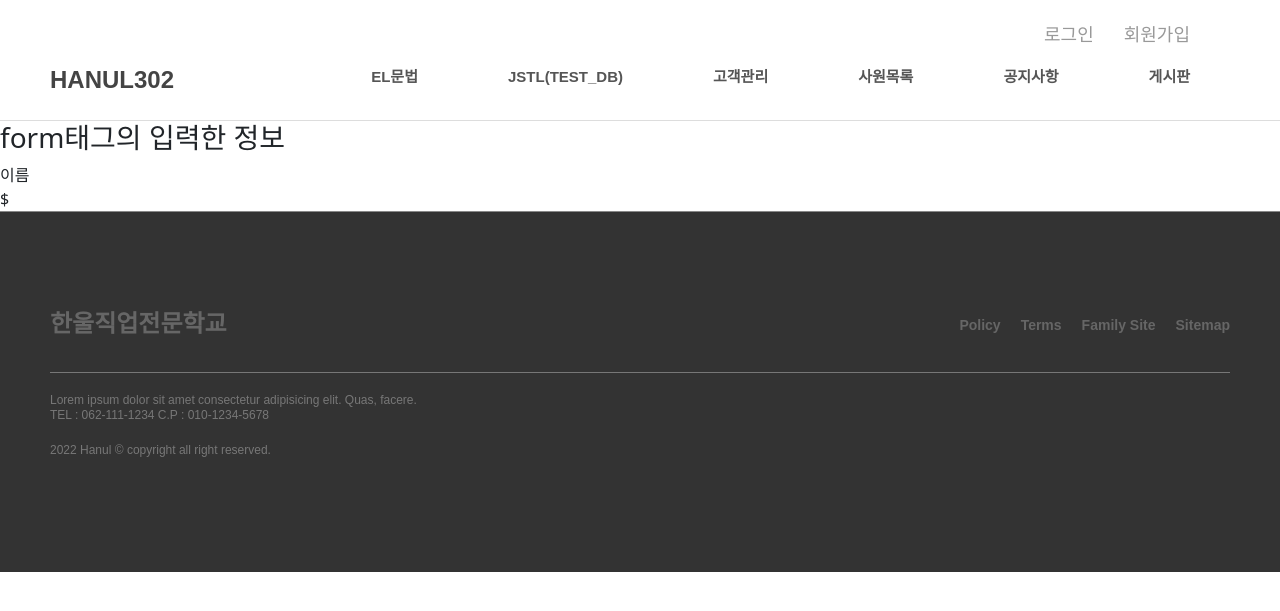
Repository: Xeyeong/servlet
Page: http://localhost/05.MiniProject/el/form_info.jsp
The author's editor kept a copy of each file at every save. The page is drawn from the files as they stood at one save, then again after the next save.
The browser window is 1280 px wide. The pictures show the whole page.
Some web libraries are served in a nearby version. The page is served by Tomcat 9. Other server files are loaded and not shown.

Above is the page before, as saved 2022-09-20 01:34:49.

### 05.MiniProject/src/main/webapp/el/form_info.jsp
<%@ page language="java" contentType="text/html; charset=UTF-8"
    pageEncoding="UTF-8"%>
<!DOCTYPE html>
<html>
<head>
<meta charset="UTF-8">
<title>Insert title here</title>
</head>
<body>
<jsp:include page="/include/header.jsp"/>
	<h3>form태그의 입력한 정보</h3>
<table class="styled-table>
		<tr>
			<th class="w-px1400">이름</th>
			<td>$</td>
		</tr>
		<tr><th></th>
			<td></td>

		</tr>
</table>
<jsp:include page="/include/footer.jsp"/>
</body>
</html>

### 05.MiniProject/src/main/webapp/include/header.jsp
<%@ page language="java" contentType="text/html; charset=UTF-8"
    pageEncoding="UTF-8"%>
<!DOCTYPE html>
<html>
<head>
<meta charset="UTF-8">
<meta http-equiv="X-UA-Compatible" content="IE=CHROME">
<meta name="viewport" content="width=device-width, initial-scale=1.0">
<title>실습용 테마</title>
<link rel="icon" href="favicon.ico" type="image/x-icon">
<script src="https://kit.fontawesome.com/c47106c6a7.js"
	crossorigin="anonymous"></script>
<link rel="stylesheet" href="css/style.css?<%=new java.util.Date()%>">
<link rel="stylesheet" href="css/common.css?<%=new java.util.Date()%>">
<script src="js/ie.js"></script>
<link
	href="https://cdn.jsdelivr.net/npm/bootstrap@5.2.0-beta1/dist/css/bootstrap.min.css"
	rel="stylesheet"
	integrity="sha384-0evHe/X+R7YkIZDRvuzKMRqM+OrBnVFBL6DOitfPri4tjfHxaWutUpFmBp4vmVor"
	crossorigin="anonymous">
<script
	src="https://cdn.jsdelivr.net/npm/bootstrap@5.2.0-beta1/dist/js/bootstrap.bundle.min.js"
	integrity="sha384-pprn3073KE6tl6bjs2QrFaJGz5/SUsLqktiwsUTF55Jfv3qYSDhgCecCxMW52nD2"
	crossorigin="anonymous"></script>
<script src="https://code.jquery.com/jquery-3.6.0.min.js"></script>
</head>
<body>
	<header>
		<div class="inner">
			<h1>
				<a href="#">HANUL302</a>
			</h1>
			<ul id="gnb">
				<li><a href="list.el">EL문법</a></li>
				<li><a href="list.te">JSTL(TEST_DB)</a></li>
				<li><a href="list.cu">고객관리</a></li>
				<li><a href="#">사원목록</a></li>
				<li><a href="#">공지사항</a></li>
				<li><a href="#">게시판</a></li>
			</ul>



			<ul class="util">
				<li><a href="#">로그인</a></li>
				<li><a href="#">회원가입</a></li>
			</ul>

		</div>

	</header>
</body>
</html>

### 05.MiniProject/src/main/webapp/include/footer.jsp
<%@ page language="java" contentType="text/html; charset=UTF-8"
    pageEncoding="UTF-8"%>
<footer>
		<div class="inner">
			<div class="upper">
				<h1>한울직업전문학교</h1>
				<ul>
					<li><a href="#">Policy</a></li>
					<li><a href="#">Terms</a></li>
					<li><a href="#">Family Site</a></li>
					<li><a href="#">Sitemap</a></li>
				</ul>
			</div>
			<div class="lower">
				<address>
					Lorem ipsum dolor sit amet consectetur adipisicing elit. Quas,
					facere.<br> TEL : 062-111-1234 C.P : 010-1234-5678
				</address>
				<p>2022 Hanul &copy; copyright all right reserved.</p>
			</div>
		</div>
</footer>

### 05.MiniProject/src/main/webapp/css/style.css
@charset 'utf-8';


* {
	margin: 0px;
	padding: 0px;
	box-sizing: border-box;
}
ul,
ol {
	list-style: none;
}
a {
	text-decoration: none;
}

/* header */
header {
	width: 100%;
	border-bottom: 1px solid #ddd;
}
header .inner {
	width: 1180px;
	height: 120px;
	margin: 0px auto;
	position: relative; /*자식 absolute 요소의 기준점 설정*/
}
header .inner h1 {
	position: absolute;
	left: 0px;
	bottom: 15px;
}
header .inner h1 a {
	font: bold 24px/1 "arial";
	color: #444;
}
header .inner .util {
	position: absolute;
	top: 20px;
	right: 30px;
}
header .inner .util li {
	float: left;
}
header .inner .util li a {
	display: block;
	font: 18px "arial";
	color: #999;
	padding: 0px 10px;
}
header .inner #gnb {
	position: absolute;
	bottom: 0px;
	right: 0px;
}
header .inner #gnb li {
	float: left;
}
header .inner #gnb li a {
	display: block; /*인라인 요소는 block설정하여 크기를 조절가능*/
	font: bold 15px/1 "arial";
	color: #555;
	padding: 20px 40px;
	transition: all 0.5s;
}
header .inner #gnb li a:hover {
	background: #555;
	color: #fff;
}
figure {
	width: 100%;
	height: calc(100vh - 120px); /*전체 브라우저 높이에서 120px만큼 빼줌*/
	background: #000;
	position: relative;
	overflow: hidden;
	padding-top: 250px;
}
figure video {
	object-fit: cover; /*영상을 figure안쪽에 꽉 차도록 설정*/
	width: 100%;
	height: 100%;
	opacity: 0.3;
	position: absolute;
	top: 0px;
	left: 0px;
}
figure .inner {
	width: 1180px;
	margin: 0px auto;
	position: relative;
}
figure .inner h1 {
	font: normal 120px/1 "arial";
	color: #fff;
	margin-bottom: 20px;
}
figure .inner p {
	font: 16px/1.4 "arial";
	color: #888;
	margin-bottom: 60px;
}
figure .inner a {
	display: block;
	width: 400px;
	height: 30px;
	border: 1px solid #bbb;
	font: bold 11px/30px "arial";
	color: #fff;
	text-align: center;
	letter-spacing: 1px;
	transition: all 0.5s;
}
figure .inner a:hover {
	background: #fff;
	color: #555;
}
/* news */
section {
	width: 100%;
	padding: 200px 0px;
}
section .inner {
	width: 1180px;
	margin: 0px auto;
}
section .inner h1 {
	font: bold 24px/1 "arial";
	color: #555;
	text-align: center;
	margin-bottom: 50px;
}
section .inner .wrap {
	width: 100%;
}
section .inner .wrap::after {
	/*자식 요소인 article의 float해제*/
	content: "";
	display: block;
	clear: both;
}
section .inner .wrap article {
	width: 32%;
	float: left;
	margin-right: 20px;
}
section .inner .wrap article:last-child {
	/*제일 오른쪽 마지막 요소만 여백제거*/
	margin-right: 0px;
}
section .inner .wrap article h2 {
	margin-bottom: 10px;
}
section .inner .wrap article h2 a {
	font: bold 16px/1 "arial";
	color: #555;
}
section .inner .wrap article p {
	font: 14px/1.4 "arial";
	color: #777;
}
section .inner .wrap article .pic {
	width: 100%;
	height: 120px;
	background: #333;
	margin-bottom: 15px;
	position: relative;
	overflow: hidden;
}
section .inner .wrap article .pic img {
	object-fit: cover; /*pic프레임안에 이미지 꽉 채움*/
	width: 100%;
	height: 100%;
}
/* footer */
footer {
	width: 100%;
	background: #333;
	padding: 100px 0px;
	border-top: 1px solid #888;
}
footer .inner {
	width: 1180px;
	margin: 0px auto;
}
footer .inner .upper {
	width: 100%;
	border-bottom: 1px solid #777;
	padding-bottom: 20px;
}
footer .inner .upper::after {
	/*상단 영역 float해제*/
	content: "";
	display: block;
	clear: both;
}
footer .inner .upper h1 {
	float: left;
	font: bold 24px/1 "arial";
	color: #666;
}
footer .inner .upper ul {
	float: right;
}
footer .inner .upper ul li {
	float: left;
	margin-left: 20px;
}
footer .inner .upper ul li a {
	font: bold 14px/1 "arial";
	color: #666;
}
footer .inner .lower {
	width: 100%;
	padding-top: 20px;
}
footer .inner .lower address {
	width: 100%;
	font: 12px/1.3 "arial";
	color: #777;
	margin-bottom: 20px;
}
footer .inner .lower p {
	width: 100%;
	font: 12px/1 "arial";
	color: #777;
}

.styled-table {
	width: 80%;
    border-collapse: collapse;
    margin: 2% 10% 2% 10% ;
    font-size: 0.9em;
    font-family: sans-serif;
    min-width: 400px;
    box-shadow: 0 0 20px rgba(0, 0, 0, 0.15);

}

.styled-table thead tr {
    background-color: #009879;
    color: #ffffff;
    text-align: left;
}
table th{
	background-color: #6d6b6b!important;  color : #fff;
}
.styled-table th,
.styled-table td {
    padding: 12px 15px;
}

.styled-table tbody tr {
    border-bottom: 1px solid #dddddd;
}

.styled-table tbody tr:nth-of-type(even) {
    background-color: #f3f3f3;
}

.styled-table tbody tr:last-of-type {
    border-bottom: 2px solid #009879;
}

.styled-table tbody tr.active-row {
    font-weight: bold;
    color: #009879;
}



.styled-table {
	width: 80%;
    border-collapse: collapse;
    margin: 2% 10% 2% 10%;
    font-size: 0.9em;
    font-family: sans-serif;
    min-width: 400px;
    box-shadow: 0 0 20px rgba(0, 0, 0, 0.15);
}

.styled-table thead tr {
    background-color: #009879;
    color: #ffffff;
    text-align: left;
}

.styled-table th,
.styled-table td {
    padding: 12px 15px;
}

.styled-table tbody tr {
    border-bottom: 1px solid #dddddd;
}

.styled-table tbody tr:nth-of-type(even) {
    background-color: #f3f3f3;
}

.styled-table tbody tr:last-of-type {
    border-bottom: 2px solid #009879;
}

.styled-table tbody tr.active-row {
    font-weight: bold;
    color: #009879;
}
.list-top{
	width: 80%;
	margin: 2% 10%;
}
input[ type=button ] {
	padding : 2px 10px
}

input[ type=submit ]{
	padding: 2px 10px
}
label:not(:last-child) {
	margin-right: 30px
}

### 05.MiniProject/src/main/webapp/css/common.css
@charset "UTF-8";

ul {
	list-style-type: none;
	align-items: center;
	padding: 0;
}

.center {
	position: absolute;
	left: 50%;
	top: calc(120px + 50%);
	transform: translate(-50%, -50%);
}

.list-top {
	display: flex;
	justify-content: space-between;
}

.list-top ul {
	display: flex;
}

table.tb-list th, table.tb-list td {
	border: 1px solid #b0b0b0;
}

.list-top {
	width: 80%;
	margin: 2% 10%
}

input[type=button], input[type=submit] {
	padding: 2px 10px
}

table th {
	background-color: #009879 !important;
	color: #fff;
}

label:not(:last-child) {
	margin-right: 30px
}

.btnSet {
	margin: 20px auto;
	width: 80%;
}

.btnSet a:not(:last-child) {
	margin-right: 5px
}

a {
	text-decoration: none !important;
}

a.btn-fill, a.btn-empty {
	height: 28px;
	padding: 3px 15px;
	border: 1px solid #009879;
	border-radius: 3px;
}

a.btn-fill {
	background-color: #009879;
	color: #fff;
}

a.btn-empty {
	color: #009879;
}

input {
	padding: 0 10px;
}

input:focus {
	outline: none !important;
	border-color: #009879;
}

.tb-wrap {
	overflow: auto;
	margin: 20px auto;
	height: 500px;
	width: 80%;
}

.tb-wrap table {
	width: 100%;
	margin: 0;
}

header ul li:not(:first-child) {
	margin-left: 10px
}

.valid {
	color: green;
	font-size: 14px;
	font-weight: bold;
}

.invalid {
	color: red;
	font-size: 14px;
	font-weight: bold;
}

.font {
	font-size: 18px;
}

#delete {
	display: none;
}

.w-px40 {
	width: 40px
}

.w-px60 {
	width: 60px
}

.w-px80 {
	width: 80px
}

.w-px100 {
	width: 100px
}

.w-px120 {
	width: 120px
}

.w-px140 {
	width: 140px
}

.w-px160 {
	width: 160px
}

.w-px180 {
	width: 180px
}

.w-px200 {
	width: 200px
}

.w-px220 {
	width: 220px
}

.w-px250 {
	width: 250px
}

.w-px300 {
	width: 300px
}

Loaded but not shown: 05.MiniProject/src/main/webapp/js/ie.js (common file)

After the next save:
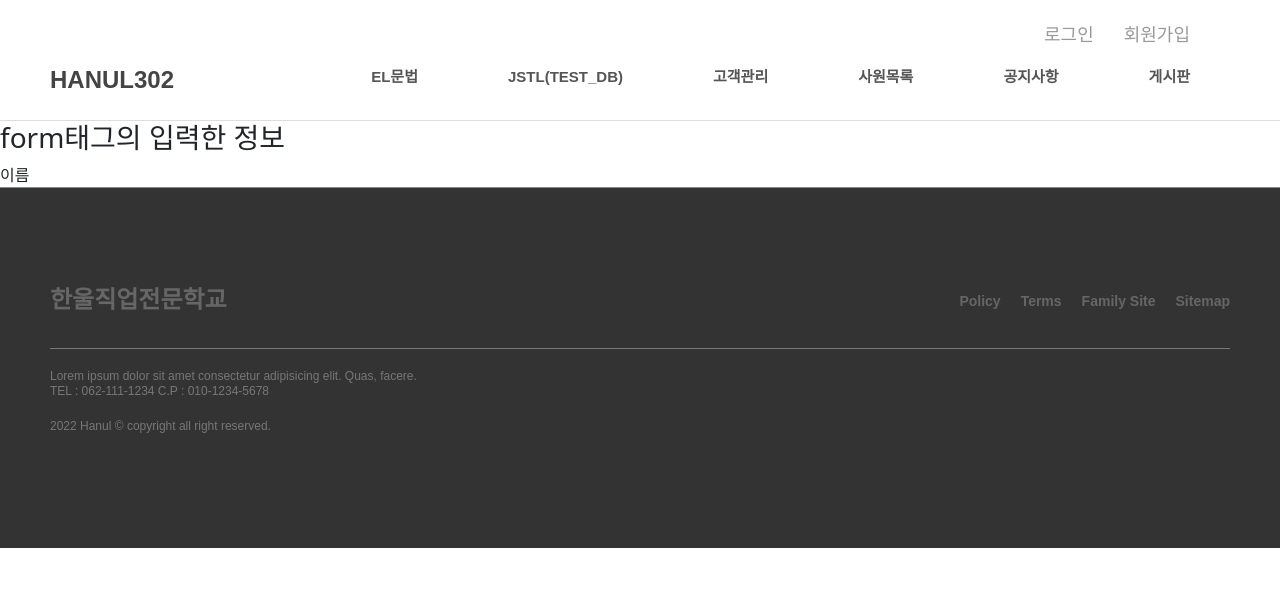
Saved 116 s later.
--- a/05.MiniProject/src/main/webapp/el/form_info.jsp
+++ b/05.MiniProject/src/main/webapp/el/form_info.jsp
@@ -12,7 +12,7 @@
 <table class="styled-table>
 		<tr>
 			<th class="w-px1400">이름</th>
-			<td>$</td>
+			<td>${param.name }</td>
 		</tr>
 		<tr><th></th>
 			<td></td>

After the save that followed:
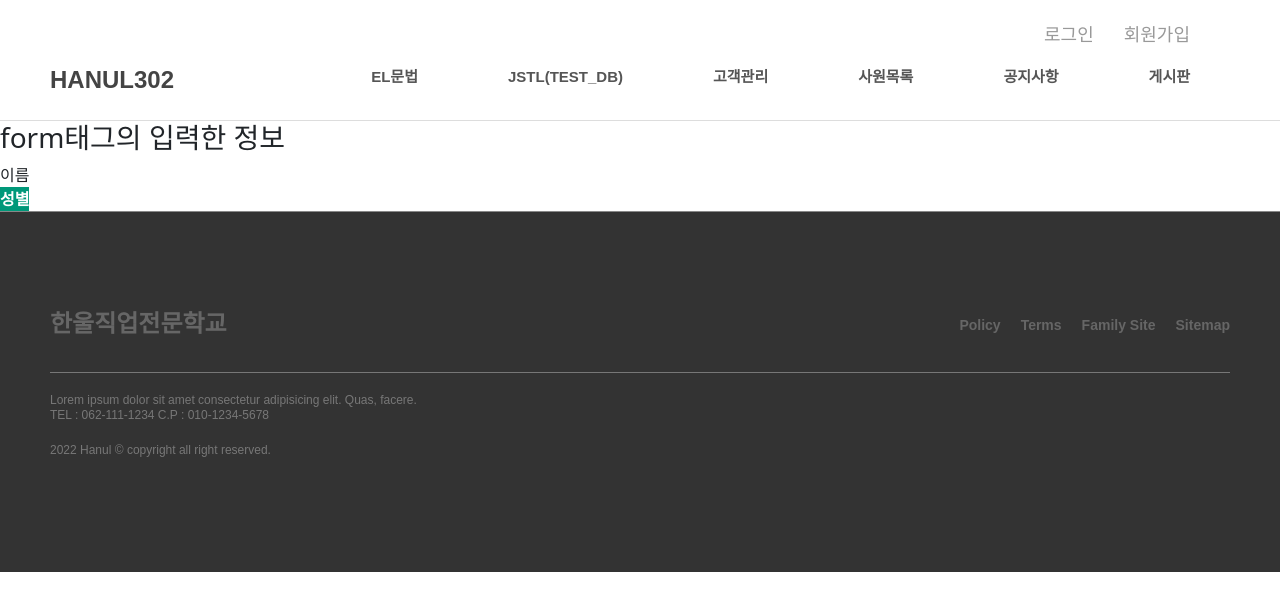
Saved 4 s later.
--- a/05.MiniProject/src/main/webapp/el/form_info.jsp
+++ b/05.MiniProject/src/main/webapp/el/form_info.jsp
@@ -14,7 +14,7 @@
 			<th class="w-px1400">이름</th>
 			<td>${param.name }</td>
 		</tr>
-		<tr><th></th>
+		<tr><th>성별</th>
 			<td></td>
 
 		</tr>
